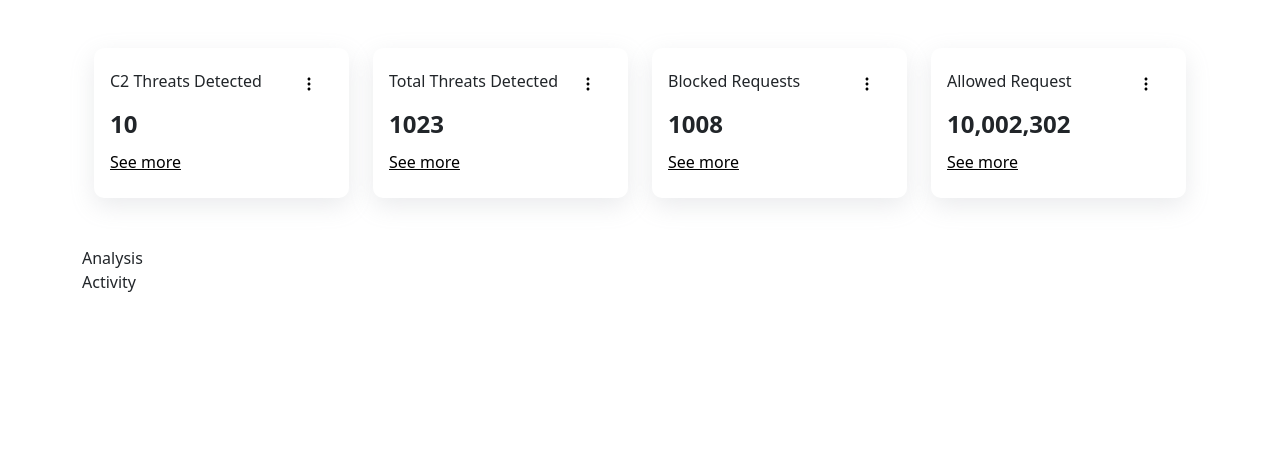
Repository: badhon252/dashboard
Page: /
These files come from the project's save history. The page is drawn as it stood at one moment and after the next save; the edit follows.
The browser window is 1280 px wide. The pictures show the whole page.
The project was rebuilt for these pictures with package versions that can differ from the ones it lists, and the page was loaded fresh each time. Also part of the build but not shown: vite.config.js.

Above is the page before, as saved 2023-01-27 02:03:30.

After the next save:
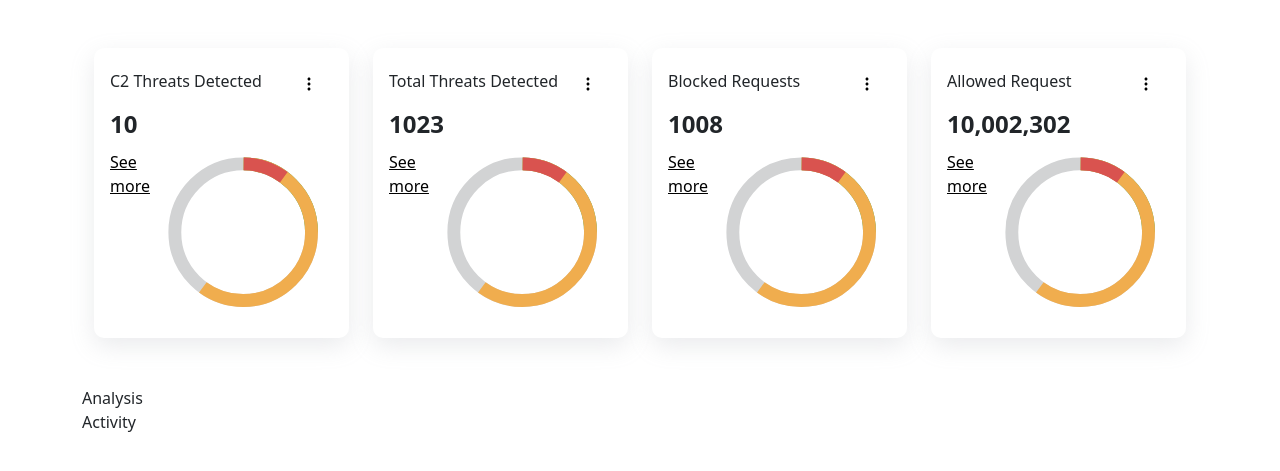
Saved 27 s later.
--- a/src/Components/Status/StatusGraph.jsx
+++ b/src/Components/Status/StatusGraph.jsx
@@ -1,5 +1,59 @@
 const StatusGraph = () => {
-  return <div></div>;
+  return (
+    <div>
+      <svg width="100%" height="100%" viewBox="0 0 42 42" className="donut">
+        <circle
+          className="donut-hole"
+          cx="21"
+          cy="21"
+          r="15.91549430918954"
+          fill="#fff"
+        ></circle>
+        <circle
+          className="donut-ring"
+          cx="21"
+          cy="21"
+          r="15.91549430918954"
+          fill="transparent"
+          stroke="#d2d3d4"
+          stroke-width="3"
+        ></circle>
+        <circle
+          className="donut-segment-1"
+          cx="21"
+          cy="21"
+          r="15.91549430918954"
+          fill="transparent"
+          stroke="#5cb85c"
+          stroke-width="3"
+          stroke-dasharray="25 75"
+          stroke-dashoffset="25"
+        ></circle>
+        <circle
+          className="donut-segment-2"
+          cx="21"
+          cy="21"
+          r="15.91549430918954"
+          fill="transparent"
+          stroke="#f0ad4e"
+          stroke-width="3"
+          stroke-dasharray="60 40"
+          stroke-dashoffset="25"
+        ></circle>
+        <circle
+          className="donut-segment-3"
+          cx="21"
+          cy="21"
+          r="15.91549430918954"
+          fill="transparent"
+          stroke="#d9534f"
+          stroke-width="3"
+          stroke-dasharray="10 90"
+          stroke-dashoffset="25"
+        ></circle>
+      </svg>
+    </div>
+  );
 };
 
 export default StatusGraph;
